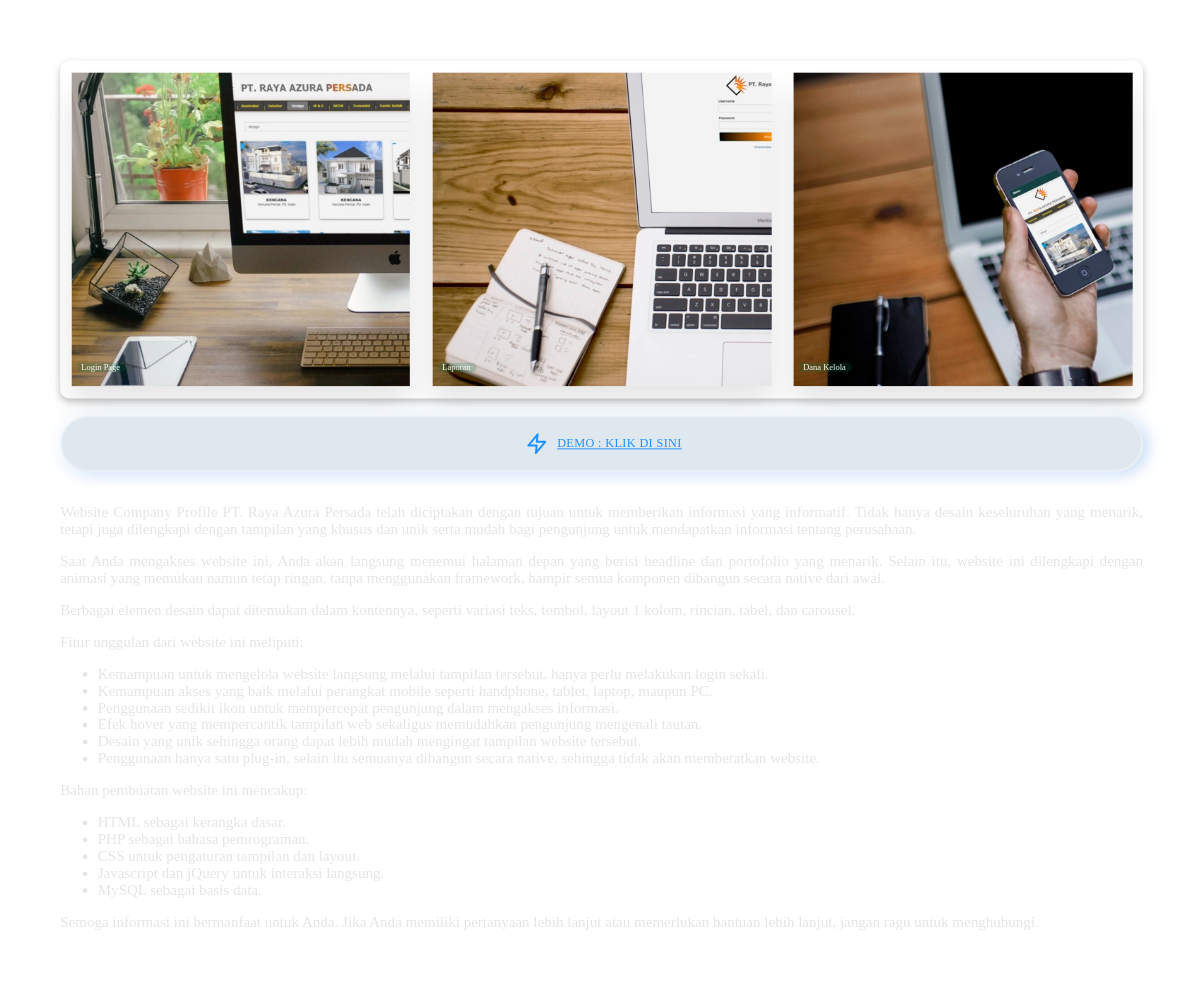
Repository: yusup-maulana/yusup-maulana.github.io
Page: portofolio-websiteRAP.html
The author's editor kept a copy of each file at every save. The page is drawn from the files as they stood at one save, then again after the next save.
The browser window is 1280 px wide. The pictures show the whole page, at 94% of full size.
Some web fonts or font styles are not loaded; a fallback is used.

Above is the page before, as saved 2023-10-06 22:37:22.

### portofolio-websiteRAP.html
<style type="text/css">
  @import url("https://fonts.googleapis.com/css?family=Baloo+Chettan+2&display=swap");

  .body2::-webkit-scrollbar {
    width: 0.5em;
  }

  .body2::-webkit-scrollbar-track {
    box-shadow: inset 0 0 6px rgb(167 167 167 / 41%);
    background-color: #061e29;
  }

  .body2::-webkit-scrollbar-thumb {
    background-color: #00f1ffab;
  }

  .body2 {
    font-family: "Baloo Chettan 2";
    color: #e5e5e5;
    margin: 2%;
    text-align: justify;
    padding: 3%;
  }

  .body2 a {
    color: dodgerblue;
  }

  /* table wisata ...................*/
  .twisata {
  }

  .twisata tr {
    background: linear-gradient(90deg, #1193a1, transparent);
    color: white;
    font-weight: 900;
    border: 3px solid #ffffff;
  }

  .twisata tr td {
  }

  .twisata tr td span {
    background: #bdffda;
    font-weight: 900;
    padding: 1px 6px;
    border-radius: 5px;
    color: #08102b;
  }

  /* wisata-container ...................*/
  .container-wisata {
    box-shadow: rgb(0 0 0 / 24%) 0px 3px 8px;
    display: flex;
    width: 100%;
    padding: 1% 0%;
    box-sizing: border-box;
    height: 50vh;
    border-radius: 10px;
  }

  .boxwisata {
    flex: 1;
    overflow: hidden;
    transition: 0.5s;
    margin: 1px 1%;
    box-shadow: 0 20px 30px rgba(0, 0, 0, 0.1);
    line-height: 0;
  }

  .boxwisata > img {
    width: 200%;
    height: calc(100% - 10vh);
    object-fit: cover;
    transition: 0.5s;
    height: 100% !important;
  }

  .boxwisata > span {
    position: relative;
    left: 7px;
    font-size: xx-small;
    color: #f5fff7 !important;
    bottom: 20px;
    white-space: nowrap;
    background-color: rgb(1 118 74 / 20%);
    padding: 0 6px 0 4px;
    border-radius: 0 10px 10px 0;
  }

  .boxwisata:hover {
    flex: 1 1 50%;
  }

  .boxwisata:hover > img {
    width: 100%;
    height: 100%;
  }

  .btn-portofolio {
    display: flex;
    align-items: center;
    justify-content: center;
    gap: 10px;
    font-family: inherit;
    font-size: 13px;
    font-weight: 500;
    text-transform: uppercase;
    letter-spacing: 0.4px;
    color: #7e97b8;
    background-color: #e0e8ef;
    border-style: solid;
    border-width: 2px 2px 2px 2px;
    border-color: rgba(255, 255, 255, 0.333);
    border-radius: 40px 40px 40px 40px;
    padding: 16px 24px 16px 28px;
    transform: translate(0px, 0px) rotate(0deg);
    transition: 0.2s;
    box-shadow: -4px -2px 16px 0px #ffffff,
      4px 2px 16px 0px rgb(95 157 231 / 48%);
  }

  .btn-portofolio:hover {
    color: #516d91;
    background-color: #e5edf5;
    box-shadow: -2px -1px 8px 0px #ffffff, 2px 1px 8px 0px rgb(95 157 231 / 48%);
  }

  .btn-portofolio:active {
    box-shadow: none;
  }
</style>
<div class="container-wisata">
  <div class="boxwisata">
    <img alt="Curug Cipalasari" src="IMG/webrap1/webrap1.webp" />
    <span>Login Page</span>
  </div>
  <div class="boxwisata">
    <img alt="Curug Cipalasari" src="IMG/webrap1/webrap2.webp" />
    <span>Laporan</span>
  </div>
  <div class="boxwisata">
    <img alt="Curug Cipalasari" src="IMG/webrap1/webrap3.webp" />
    <span>Dana Kelola</span>
  </div>
</div>
<br />

<body class="body2">
  <a
    class="btn-portofolio"
    target="_blank"
    href="https://maulanaproject1.000webhostapp.com/"
  >
    <svg
      viewBox="0 0 24 24"
      width="24"
      height="24"
      stroke="currentColor"
      stroke-width="2"
      fill="none"
      stroke-linecap="round"
      stroke-linejoin="round"
      class="css-i6dzq1"
    >
      <polygon points="13 2 3 14 12 14 11 22 21 10 12 10 13 2"></polygon>
    </svg>
    Demo : Klik di sini
  </a>
  <br />

  <p>
    Website Company Profile PT. Raya Azura Persada telah diciptakan dengan
    tujuan untuk memberikan informasi yang informatif. Tidak hanya desain
    keseluruhan yang menarik, tetapi juga dilengkapi dengan tampilan yang khusus
    dan unik serta mudah bagi pengunjung untuk mendapatkan informasi tentang
    perusahaan.
  </p>

  <p>
    Saat Anda mengakses website ini, Anda akan langsung menemui halaman depan
    yang berisi headline dan portofolio yang menarik. Selain itu, website ini
    dilengkapi dengan animasi yang memukau namun tetap ringan, tanpa menggunakan
    framework, hampir semua komponen dibangun secara native dari awal.
  </p>

  <p>
    Berbagai elemen desain dapat ditemukan dalam kontennya, seperti variasi
    teks, tombol, layout 1 kolom, rincian, tabel, dan carousel.
  </p>

  <p>Fitur unggulan dari website ini meliputi:</p>
  <ul>
    <li>
      Kemampuan untuk mengelola website langsung melalui tampilan tersebut,
      hanya perlu melakukan login sekali.
    </li>
    <li>
      Kemampuan akses yang baik melalui perangkat mobile seperti handphone,
      tablet, laptop, maupun PC.
    </li>
    <li>
      Penggunaan sedikit ikon untuk mempercepat pengunjung dalam mengakses
      informasi.
    </li>
    <li>
      Efek hover yang mempercantik tampilan web sekaligus memudahkan pengunjung
      mengenali tautan.
    </li>
    <li>
      Desain yang unik sehingga orang dapat lebih mudah mengingat tampilan
      website tersebut.
    </li>
    <li>
      Penggunaan hanya satu plug-in, selain itu semuanya dibangun secara native,
      sehingga tidak akan memberatkan website.
    </li>
  </ul>

  <p>Bahan pembuatan website ini mencakup:</p>
  <ul>
    <li>HTML sebagai kerangka dasar.</li>
    <li>PHP sebagai bahasa pemrograman.</li>
    <li>CSS untuk pengaturan tampilan dan layout.</li>
    <li>Javascript dan jQuery untuk interaksi langsung.</li>
    <li>MySQL sebagai basis data.</li>
  </ul>

  <p>
    Semoga informasi ini bermanfaat untuk Anda. Jika Anda memiliki pertanyaan
    lebih lanjut atau memerlukan bantuan lebih lanjut, jangan ragu untuk
    menghubungi.
  </p>
</body>

After the next save:
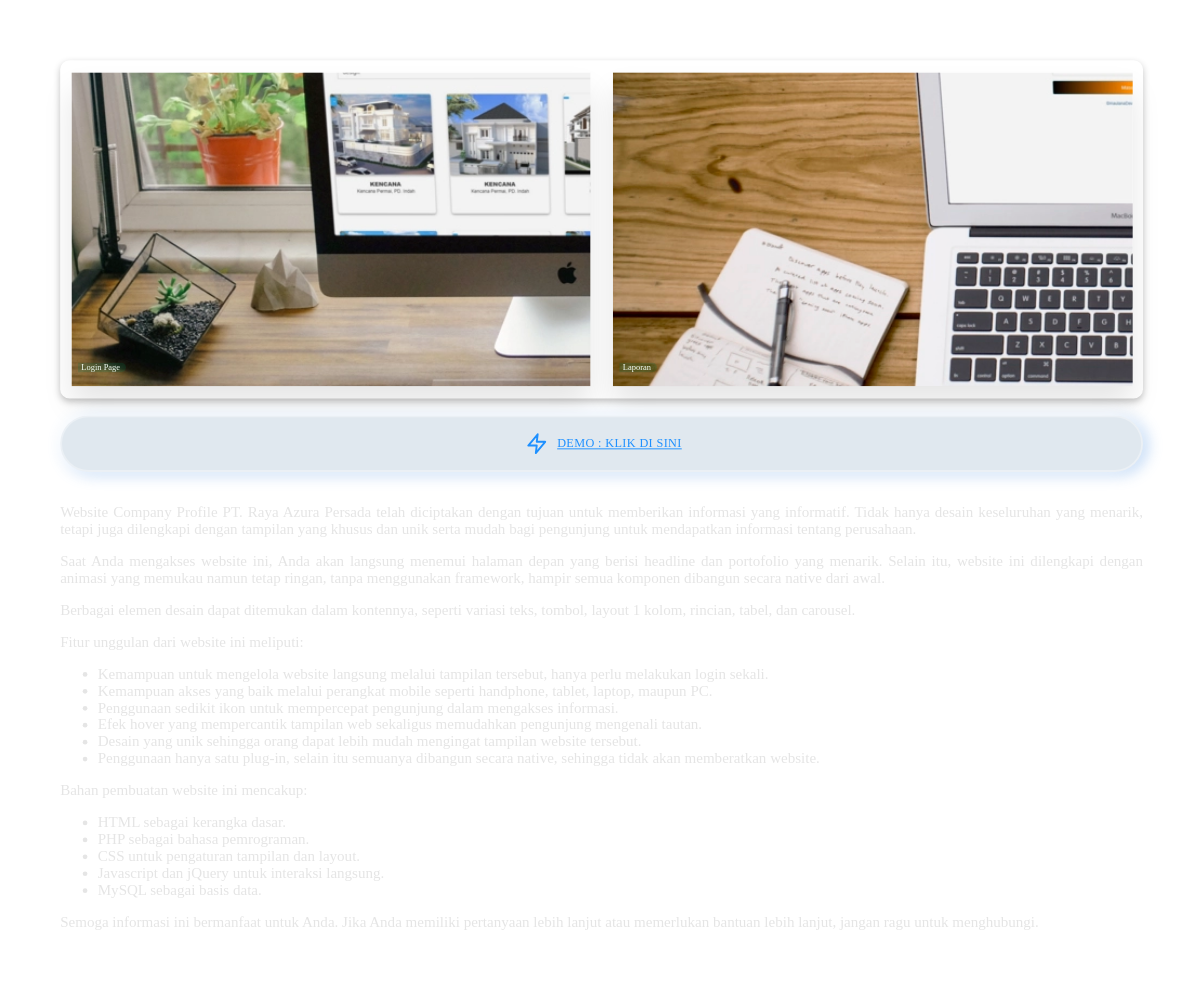
Saved 43 s later.
--- a/portofolio-websiteRAP.html
+++ b/portofolio-websiteRAP.html
@@ -138,10 +138,6 @@
   <div class="boxwisata">
     <img alt="Curug Cipalasari" src="IMG/webrap1/webrap2.webp" />
     <span>Laporan</span>
-  </div>
-  <div class="boxwisata">
-    <img alt="Curug Cipalasari" src="IMG/webrap1/webrap3.webp" />
-    <span>Dana Kelola</span>
   </div>
 </div>
 <br />

After the save that followed:
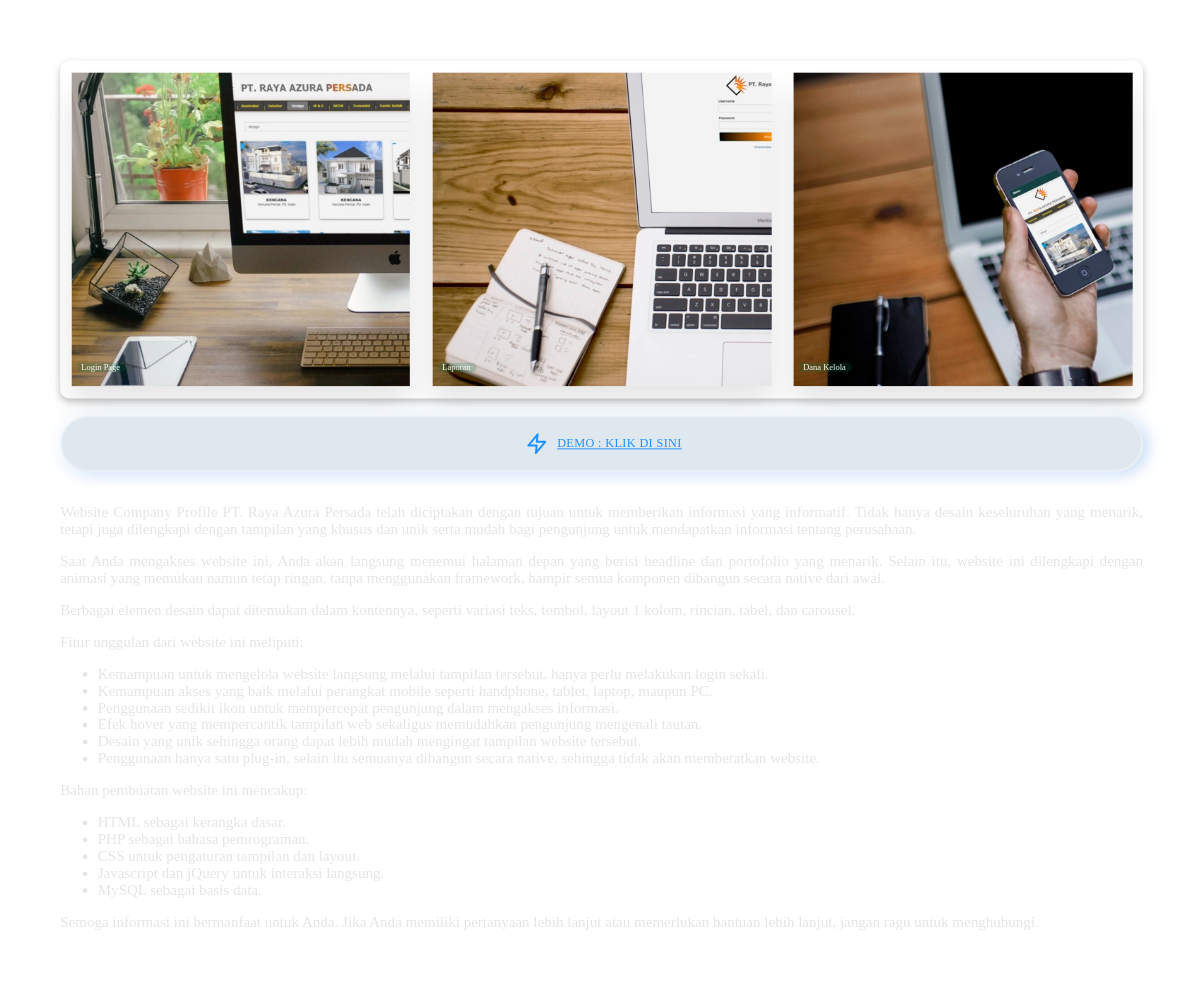
Saved 11 s later.
--- a/portofolio-websiteRAP.html
+++ b/portofolio-websiteRAP.html
@@ -138,6 +138,10 @@
   <div class="boxwisata">
     <img alt="Curug Cipalasari" src="IMG/webrap1/webrap2.webp" />
     <span>Laporan</span>
+  </div>
+  <div class="boxwisata">
+    <img alt="Curug Cipalasari" src="IMG/webrap1/webrap3.webp" />
+    <span>Dana Kelola</span>
   </div>
 </div>
 <br />
